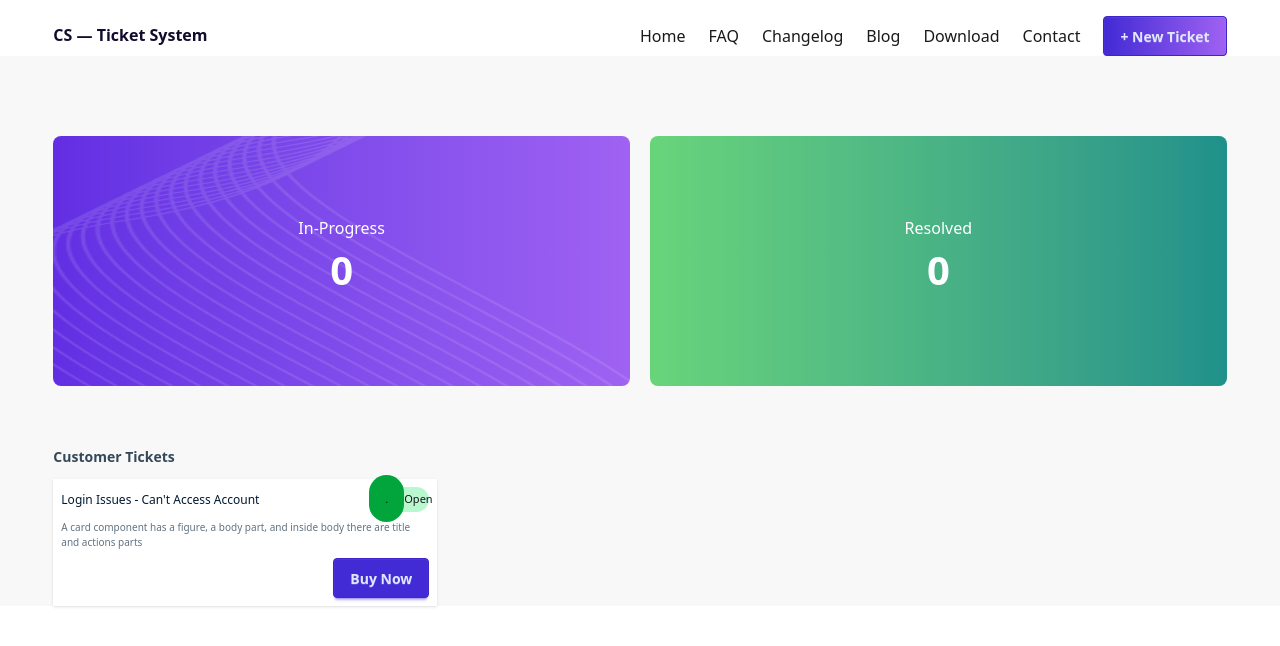
Repository: SanjidaSnigdha/Customer-Support-Zone
Page: /
An editor plug-in stored every save of this project. The page is shown before and after the next save, followed by the edit.
The browser window is 1280 px wide. The pictures show the whole page.
The project was rebuilt for these pictures with package versions that can differ from the ones it lists, and the page was loaded fresh each time. Also part of the build but not shown: vite.config.js, src/App.css.

Above is the page before, as saved 2026-03-24 03:40:12.

### index.html
<!doctype html>
<html lang="en">
  <head>
    <meta charset="UTF-8" />
    <link rel="icon" type="image/svg+xml" href="/favicon.svg" />
    <meta name="viewport" content="width=device-width, initial-scale=1.0" />
    <title>customer-support-zone</title>
  </head>
  <body>
    <div id="root"></div>
    <script type="module" src="/src/main.jsx"></script>
  </body>
</html>

### src/index.css
 @import "tailwindcss";
 @plugin "daisyui" {
  themes: light --default, dark --prefersdark;
  themes: light --default;
 }

### src/App.jsx
import { Suspense, useState } from 'react'
import './App.css'
import Navbar from './component/Navbar/Navbar'
import Banner from './component/Banner/Banner'
import CustomerTickets from './component/CustomerTickets/CustomerTickets'

const fetchTickets = async()=>{
  const res = await fetch("/customers.json")
  return res.json()
}

function App() {
  const customerPromise = fetchTickets()

  return (
    <>
    <div className='flex flex-col'>
   <Navbar></Navbar>
   <div className='flex-1 bg-base-200'>
    <Banner></Banner>
    <Suspense fallback={<span className="loading loading-spinner loading-xl"></span>
}>
          <CustomerTickets customerPromise={customerPromise}></CustomerTickets>

    </Suspense>
   </div>
   </div>

    </>
  )
}

export default App

### src/component/Navbar/Navbar.jsx
import React from 'react';

const Navbar = () => {
    return (
        <div className='flex justify-between w-11/12 mx-auto mt-4'>
            <div className='navbar-start'>
                <h1 className='w-[833px] h-[26px] font-bold text-[#130B2D]'>CS — Ticket System</h1>
            </div>
            <div className='navbar-end justify-between gap-3 text-[#000000]/90'>
                <a>Home</a>
                <a>FAQ</a>
                <a>Changelog</a>
                <a>Blog</a>
                <a>Download</a>
                <a>Contact</a>
         <button className='btn btn-primary bg-gradient-to-r from [#632EE3] to-[#9F62F2]'>+ New Ticket</button>
            </div>
        </div>
    );
};

export default Navbar;

### src/component/Banner/Banner.jsx
import React from 'react';
import vectorImg1 from '../../assets/vector1.png'
import vectorImg2 from '../../assets/vector2.png'

const Banner = () => {
    return (
        <div className='flex justify-between w-11/12 mx-auto mt-20 gap-5'>
            <div className='relative'>
             <img src={vectorImg1} alt="" className=' bg-gradient-to-r from-[#632EE3] to-[#9F62F2] w-[700px] h-[250px] rounded-[8px]'/>
             <p className='absolute text-center inset-20 text-[#FFFFFF]'>In-Progress<br /><span className='font-bold text-[#FFFFFF] text-[40px]'>
                0</span></p>

            </div>
            <div className='relative'>
      <img src={vectorImg2} alt="" className='bg-gradient-to-r from-[#54CF68] to-[#00827A] w-[700px] h-[250px] rounded-[8px]'/>
        <p className='absolute text-center inset-20 text-[#FFFFFF]'>Resolved<br /><span className='font-bold text-[#FFFFFF] text-[40px]'>
                0</span></p>

            </div>
        </div>
    );
};

export default Banner;

### src/component/CustomerTickets/CustomerTickets.jsx
import React, { use } from 'react';
const CustomerTickets = ({customerPromise}) => {
    const customerTicket = use(customerPromise)
    console.log(customerTicket)
    return (
        <div className='w-11/12 mx-auto'>
        <h1 className='font-semibold text-[#34485A] text-[14px] mt-15'>Customer Tickets</h1>

       <div className="card w-96 bg-base-100 card-xs shadow-sm mt-3 rounded-none">
  <div className="card-body">
    <div className='flex justify-between'>
     <h2 className="card-title text-[#001931] font-medium text-[12px]">Login Issues - Can't Access Account</h2>
     <button className='rounded-4xl bg-[#B9F8CF] w-[60px] h-[25px]'><span className='bg-[#02A53B] px-4 py-4 rounded-full'>.</span>Open</button>

    </div>
    <p className='text-[#627382] text-[10px] font-medium'>A card component has a figure, a body part, and inside body there are title and actions parts</p>
    <div className="justify-end card-actions">
      <button className="btn btn-primary">Buy Now</button>
    </div>
  </div>
</div>
        </div>
    );
};

export default CustomerTickets;

### public/customers.json
[
  {
    "id": 1,
    "title": "Login Issue",
    "description": "Customer unable to login with correct credentials.",
    "customer": "Alice Johnson",
    "priority": "High",
    "status": "Open",
    "createdAt": "2026-03-20T10:15:00Z"
  },
  {
    "id": 2,
    "title": "Payment Failure",
    "description": "Transaction failed while trying to purchase subscription.",
    "customer": "Bob Smith",
    "priority": "High",
    "status": "Pending",
    "createdAt": "2026-03-21T14:22:00Z"
  },
  {
    "id": 3,
    "title": "Feature Request",
    "description": "Request to add dark mode in dashboard.",
    "customer": "Charlie Brown",
    "priority": "Medium",
    "status": "Open",
    "createdAt": "2026-03-22T09:30:00Z"
  },
  {
    "id": 4,
    "title": "Bug in Reports",
    "description": "Monthly report shows incorrect sales numbers.",
    "customer": "Diana Prince",
    "priority": "High",
    "status": "In Progress",
    "createdAt": "2026-03-22T11:45:00Z"
  },
  {
    "id": 5,
    "title": "Password Reset",
    "description": "Customer forgot password and cannot reset it via email.",
    "customer": "Ethan Hunt",
    "priority": "Medium",
    "status": "Resolved",
    "createdAt": "2026-03-23T08:10:00Z"
  },
  {
    "id": 6,
    "title": "Account Deactivation",
    "description": "Customer wants to deactivate account permanently.",
    "customer": "Fiona Gallagher",
    "priority": "Low",
    "status": "Pending",
    "createdAt": "2026-03-23T12:05:00Z"
  },
  {
    "id": 7,
    "title": "App Crash",
    "description": "Mobile app crashes when opening settings page.",
    "customer": "George Martin",
    "priority": "High",
    "status": "Open",
    "createdAt": "2026-03-24T07:50:00Z"
  },
  {
    "id": 8,
    "title": "Invoice Issue",
    "description": "Invoice generated shows wrong billing amount.",
    "customer": "Hannah Lee",
    "priority": "Medium",
    "status": "In Progress",
    "createdAt": "2026-03-24T09:30:00Z"
  },
  {
    "id": 9,
    "title": "Email Notifications",
    "description": "Customer not receiving notification emails.",
    "customer": "Ian Curtis",
    "priority": "Medium",
    "status": "Open",
    "createdAt": "2026-03-24T10:00:00Z"
  },
  {
    "id": 10,
    "title": "Data Export",
    "description": "Unable to export CSV from analytics dashboard.",
    "customer": "Jessica Alba",
    "priority": "Low",
    "status": "Resolved",
    "createdAt": "2026-03-24T11:15:00Z"
  }
]

Loaded but not shown: src/main.jsx (common file)

After the next save:
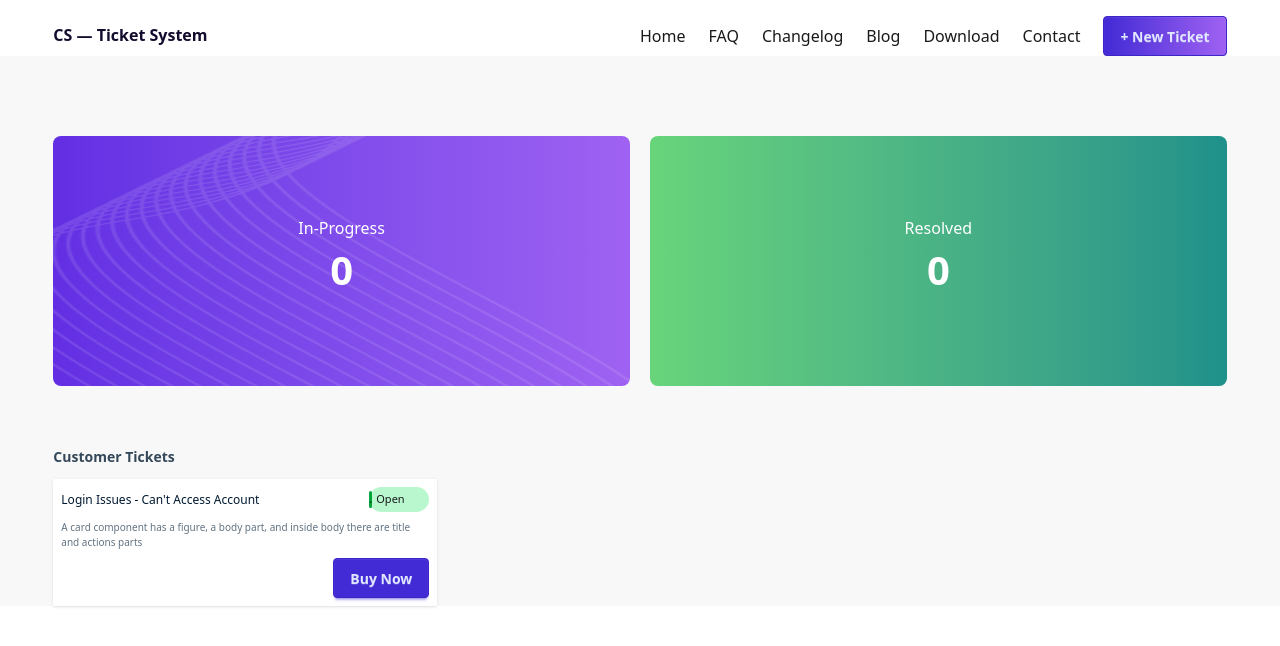
Saved 3 min 14 s later.
--- a/src/component/CustomerTickets/CustomerTickets.jsx
+++ b/src/component/CustomerTickets/CustomerTickets.jsx
@@ -10,7 +10,7 @@ const CustomerTickets = ({customerPromise}) => {
   <div className="card-body">
     <div className='flex justify-between'>
      <h2 className="card-title text-[#001931] font-medium text-[12px]">Login Issues - Can't Access Account</h2>
-     <button className='rounded-4xl bg-[#B9F8CF] w-[60px] h-[25px]'><span className='bg-[#02A53B] px-4 py-4 rounded-full'>.</span>Open</button>
+     <button className='rounded-4xl bg-[#B9F8CF] w-[60px] h-[25px] flex items-center gap-1'><span className='bg-[#02A53B] rounded-full'>.</span>Open</button>
 
     </div>
     <p className='text-[#627382] text-[10px] font-medium'>A card component has a figure, a body part, and inside body there are title and actions parts</p>
